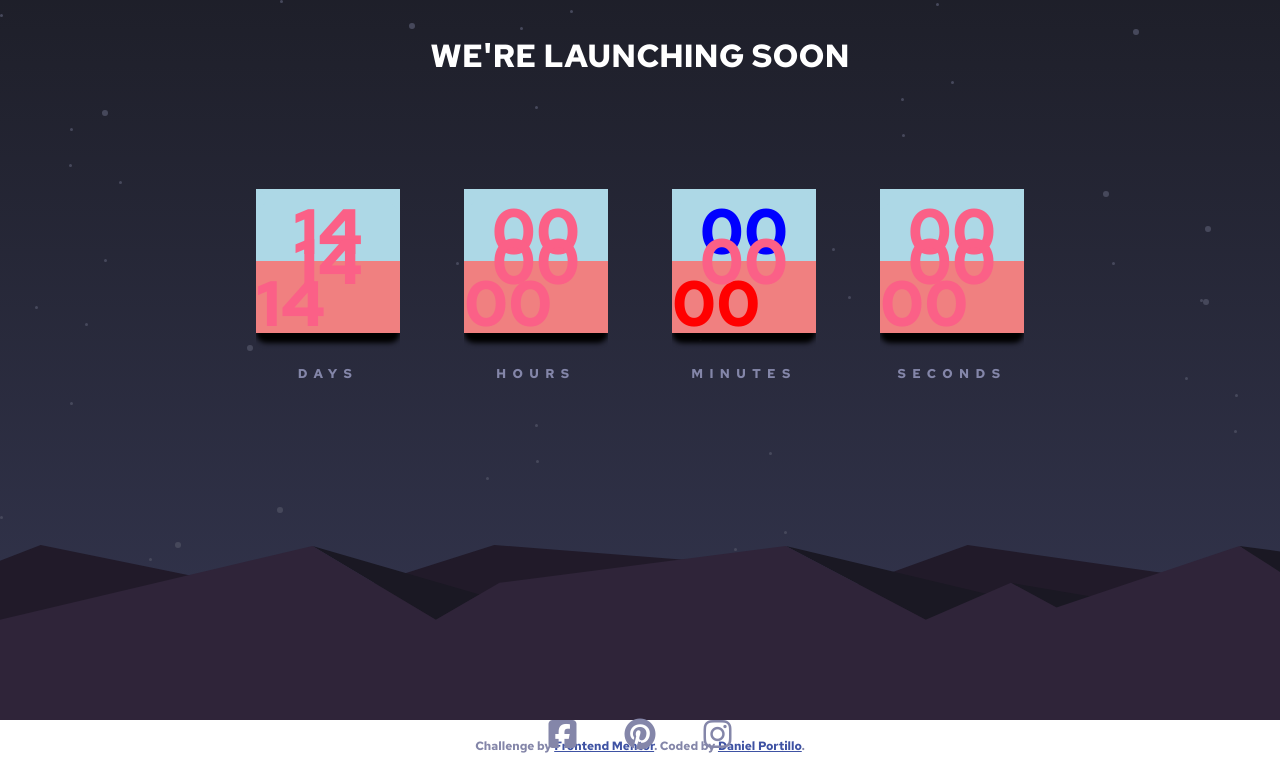
Repository: dportillo23/launch-countdown-timer-main
Page: index.html
The author's editor kept a copy of each file at every save. The page is drawn from the files as they stood at one save, then again after the next save.
The browser window is 1280 px wide. The pictures show the whole page.
Some web libraries are served in a nearby version. The style sheet was rebuilt from its Sass, Less or Tailwind sources for each picture, by a compiler version that may differ from the author's.

Above is the page before, as saved 2021-07-02 12:21:54.

After the next save:
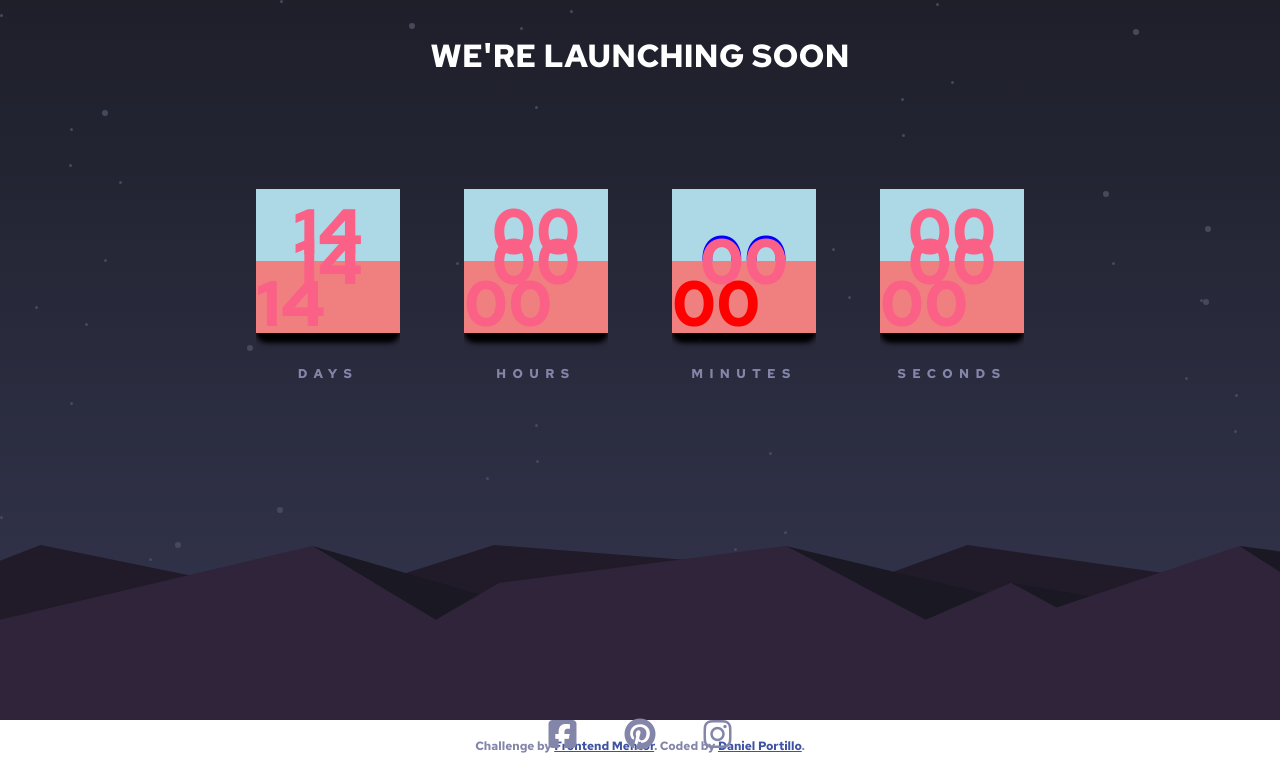
Saved 28 s later.
--- a/style.scss
+++ b/style.scss
@@ -96,6 +96,8 @@ body {
         span {
             color: blue;
             text-align: center;
+            position: absolute;
+            bottom: -2.5rem;
 
         }
     }
